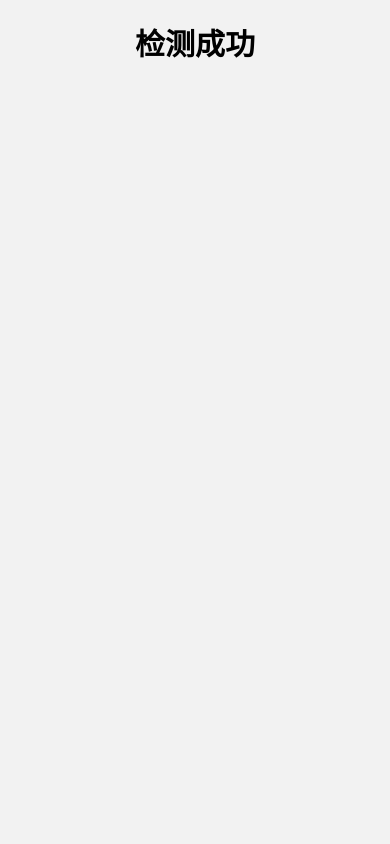
Repository: Declan-Deng/HuoXinApp
Screen: /完成界面
An editor plug-in stored every save of this project. The screen is shown before and after the next save, followed by the edit.
The app was drawn by React Native's web renderer in a window 390 px wide. The project was rebuilt for these pictures with package versions that can differ from the ones it lists, and the page was loaded fresh each time. Also part of the build but not shown: agreementPage/AgreementPage.js, testPage/CameraScreen.js.

Above is the screen before, as saved 2024-01-23 02:33:26.

After the next save:
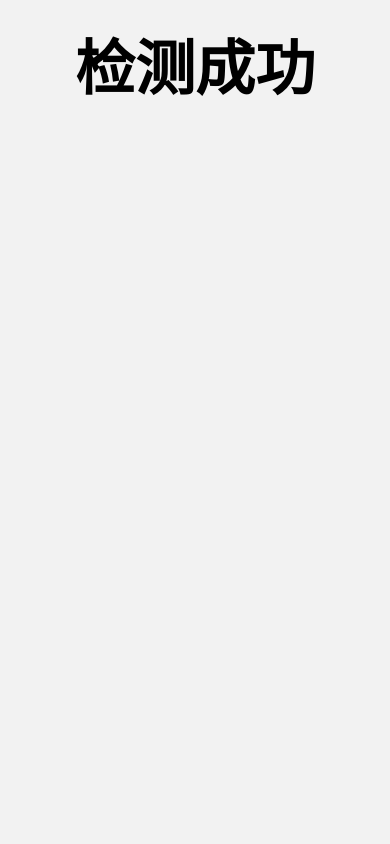
Saved 15 s later.
--- a/testPage/FinishPage.js
+++ b/testPage/FinishPage.js
@@ -13,7 +13,7 @@ export default function FinishPage() {
 
 const styles = StyleSheet.create({
   h1: {
-    fontSize: 30,
+    fontSize: 60,
     fontWeight: 'bold',
     textAlign: 'center',
     marginTop: 20,
